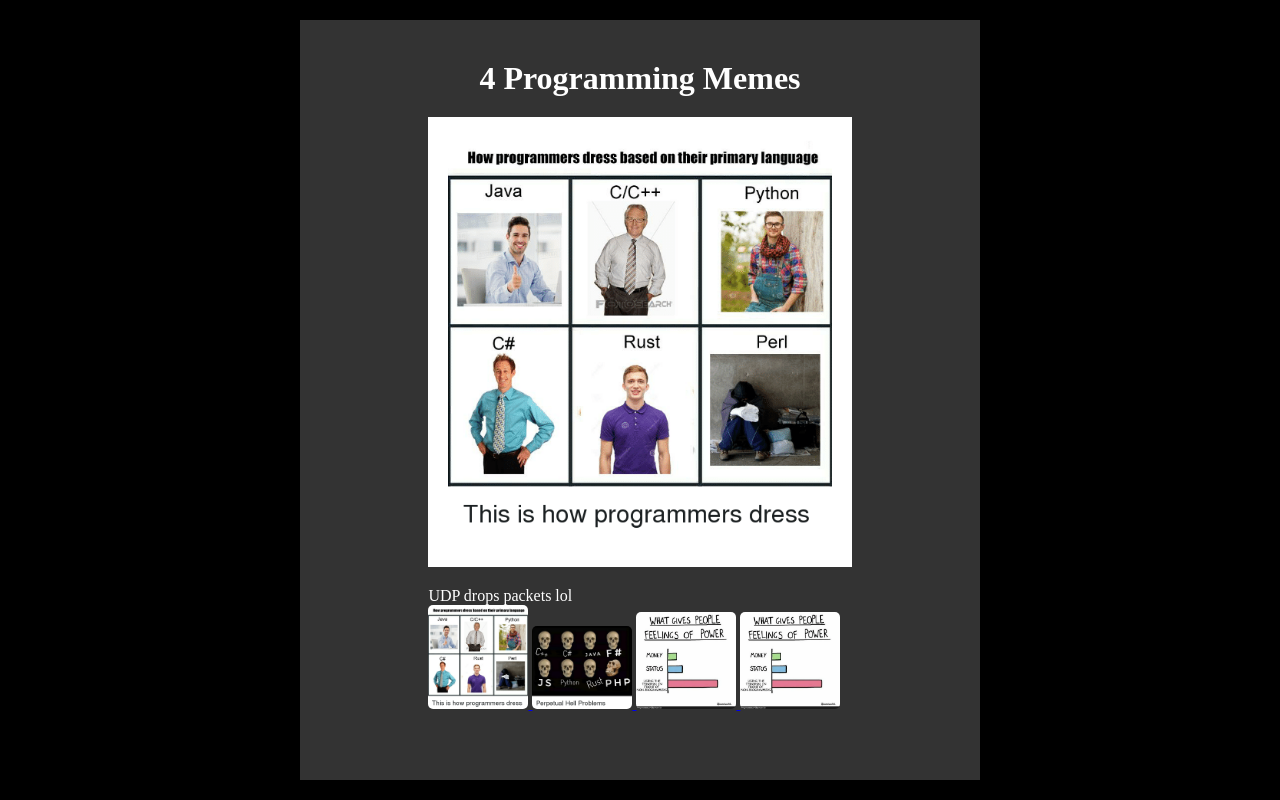
Repository: apopheny/JS230
Page: slideshow/index.html
These files come from the project's save history. The page is drawn as it stood at one moment and after the next save; the edit follows.
The browser window is 1280 px wide. The pictures show the whole page.

Above is the page before, as saved 2024-02-05 14:20:25.
Console error: ReferenceError: func is not defined

### slideshow/index.html
<!DOCTYPE html>
<html lang="en">
  <head>
    <meta charset="UTF-8" />
    <meta name="viewport" content="width=device-width, initial-scale=1.0" />
    <title>Meme Slideshow</title>
    <link rel="stylesheet" href="stylesheets/slideshow.css" />
  </head>
  <body>
    <div id="slideshowContainer"></div>

    <script type="text/x-handlebars-template" id="galleryTemplate">
      <div class="slideshow">
        <h1>4 Programming Memes</h1>
        <div>
          {{> loadedPicturePartial this.[0]}}
        </div>
        <div class="gallery">
          {{> imageGalleryPartial this}}
        </div>
      </div>
    </script>

    <script type="text/x-handlebars-template" id="loadedPicturePartial">
      <div class="loadedPicture">
        <img
          src="assets/pic_{{this.id}}.png"
          alt="{{this.alt}}"
          class="loadedPicture"
          data-index="{{this.id}}"
        />
      </div>
      <span id="captionText">{{this.alt}}</span>
    </script>

    <script type="text/x-handlebars-template" id="imageGalleryPartial">
      <div class="image-gallery">
        {{#each this}}
          <a href="#" class="image-thumbnail" data-index"{{@index}}">
            <img
              src="assets/pic_{{this.id}}.png"
              class="image-thumbnail"
              data-index="{{@index}}"
            />
          </a>
        {{/each}}
      </div>
    </script>

    <script src="https://cdn.jsdelivr.net/npm/handlebars@latest/dist/handlebars.js"></script>
    <script src="javascripts/slideshow.js"></script>
  </body>
</html>

### slideshow/stylesheets/slideshow.css
body {
  background-color: #000;
  display: flex;
  justify-content: center;
  align-items: center;
  min-height: 100vh;
  margin: 0;
  padding: 20px; /* Add some padding around the main container */
}

#slideshowContainer {
  display: flex;
  flex-direction: column;
  align-items: center;
  width: 90%; /* Make it responsive to the viewport width */
  max-width: 50vw; /* Set a max-width to prevent it from becoming too large */
  min-height: 100vh; /* Minimum height to take up more viewport space */
  background-color: #333;
  padding: 20px;
  box-shadow: 0 0 10px rgba(0, 0, 0, 0.5);
}

.slideshow h1 {
  text-align: center; /* Center the text horizontally */
  font-size: 2em; /* Increase the font size */
  color: #fff; /* Change the color to white or any color you prefer */
  margin: 0 auto; /* Center the heading and remove default margin */
  padding: 20px 0; /* Add some padding above and below the heading */
}

div.loadedPicture {
  width: 100%; /* Ensure it takes the full width of its container */
  background-color: #fff; /* White background for the image */
  display: flex; /* Use flex to center the image */
  justify-content: center; /* Center the image horizontally */
  padding: 20px; /* Add some padding around the image */
  margin-bottom: 20px;
  box-sizing: border-box; /* Include padding in width calculation */
}

.loadedPicture img {
  max-width: 100%; /* Ensure image does not overflow its container */
  max-height: 400px; /* Adjust based on your preference */
  margin-bottom: 10px; /* Space between image and caption */
}

#captionText {
  color: #fff;
  padding-top: 20px; /* Space between caption and gallery */
  margin-bottom: 20px; /* Space between caption and gallery */
}

.image-thumbnail a {
  display: block;
  margin: 5px; /* Adjust spacing around thumbnails */
}

.image-thumbnail img {
  width: 100px; /* Adjust thumbnail size */
  height: auto; /* Maintain aspect ratio */
  border-radius: 5px; /* Optional: rounded corners for thumbnails */
}

### slideshow/javascripts/slideshow.js
(function () {
  const memes = [
    {
      id: 1,
      alt: "UDP drops packets lol",
    },
    {
      id: 2,
      alt: "But why no JavaScript devs?",
    },
    {
      id: 3,
      alt: "I have never used PHP but still have an opinion somehow",
    },
    {
      id: 4,
      alt: "I am 1337 h4x0r and one day I'll learn grep and cURL",
    },
  ];

  Handlebars.registerPartial(
    "loadedPicturePartial",
    document.getElementById("loadedPicturePartial").innerHTML
  );
  Handlebars.registerPartial(
    "imageGalleryPartial",
    document.getElementById("imageGalleryPartial").innerHTML
  );
  let galleryTemplate = Handlebars.compile(
    document.getElementById("galleryTemplate").innerHTML
  );

  document.getElementById("slideshowContainer").innerHTML =
    galleryTemplate(memes);

  document.addEventListener("DOMContentLoaded", func);
})();

After the next save:
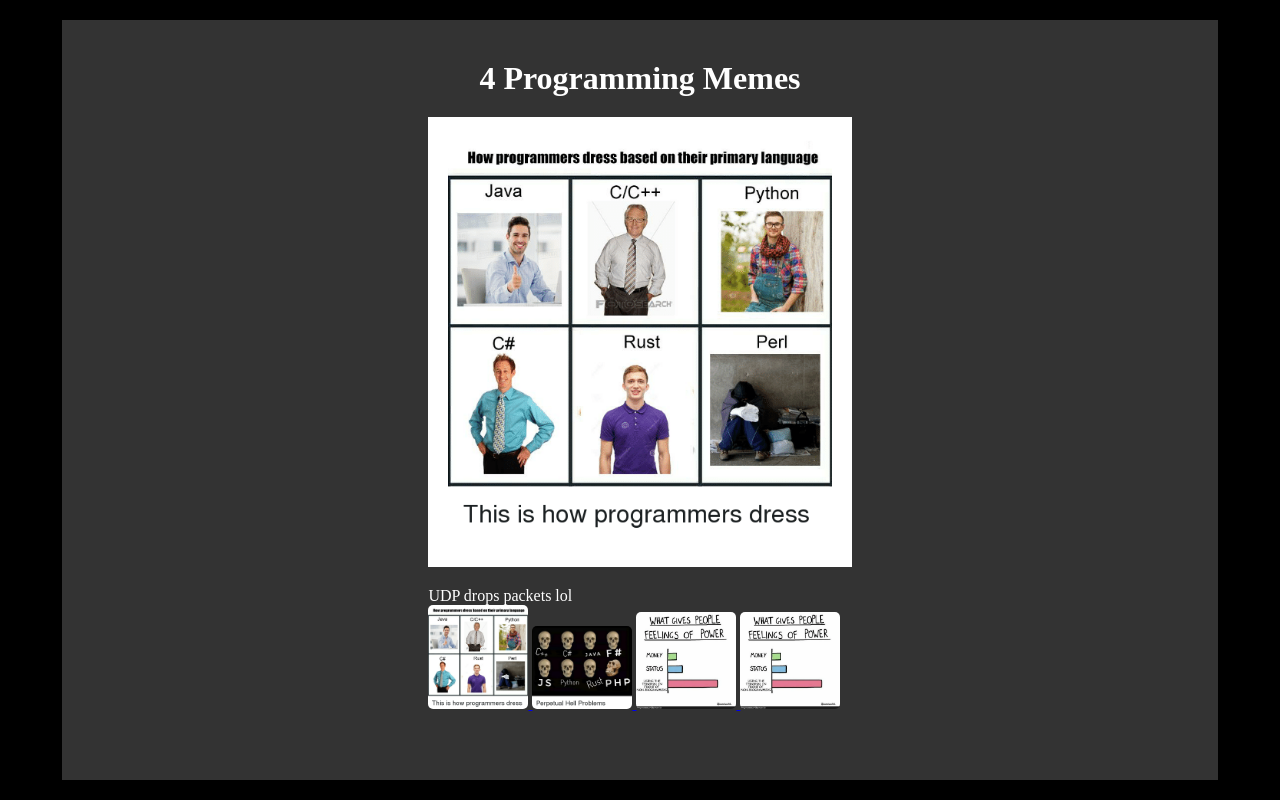
Saved 61 s later.
--- a/slideshow/stylesheets/slideshow.css
+++ b/slideshow/stylesheets/slideshow.css
@@ -13,7 +13,7 @@
   flex-direction: column;
   align-items: center;
   width: 90%; /* Make it responsive to the viewport width */
-  max-width: 50vw; /* Set a max-width to prevent it from becoming too large */
+  max-width: 90vw; /* Set a max-width to prevent it from becoming too large */
   min-height: 100vh; /* Minimum height to take up more viewport space */
   background-color: #333;
   padding: 20px;

After the save that followed:
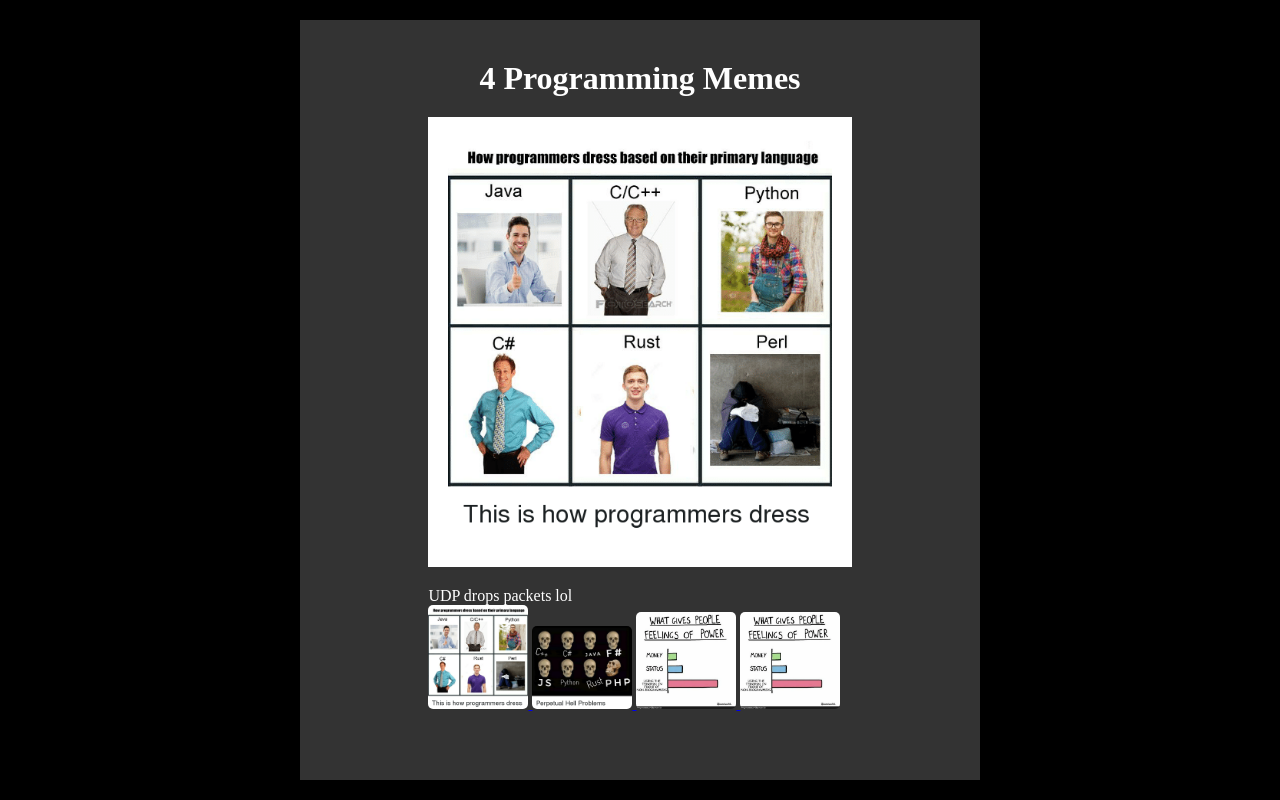
Saved 9 s later.
--- a/slideshow/stylesheets/slideshow.css
+++ b/slideshow/stylesheets/slideshow.css
@@ -13,7 +13,7 @@
   flex-direction: column;
   align-items: center;
   width: 90%; /* Make it responsive to the viewport width */
-  max-width: 90vw; /* Set a max-width to prevent it from becoming too large */
+  max-width: 50vw; /* Set a max-width to prevent it from becoming too large */
   min-height: 100vh; /* Minimum height to take up more viewport space */
   background-color: #333;
   padding: 20px;
